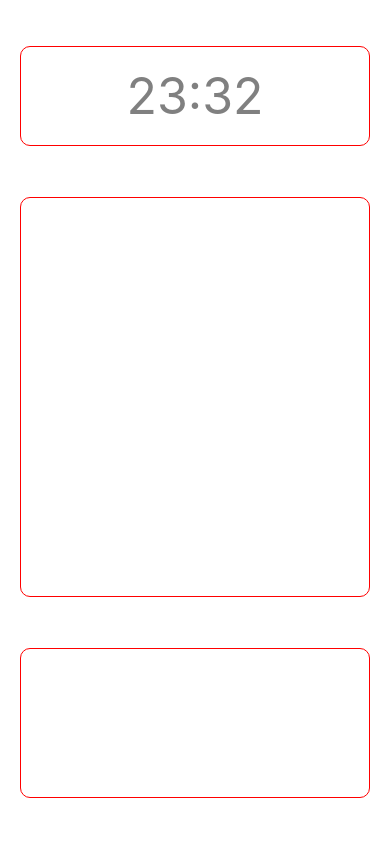
Repository: sonnke/imageResizer
Screen: /
An editor plug-in stored every save of this project. The screen is shown before and after the next save, followed by the edit.
The app was drawn by React Native's web renderer in a window 390 px wide. The project was rebuilt for these pictures with package versions that can differ from the ones it lists, and the page was loaded fresh each time.

Above is the screen before, as saved 2020-02-02 13:17:47.

After the next save:
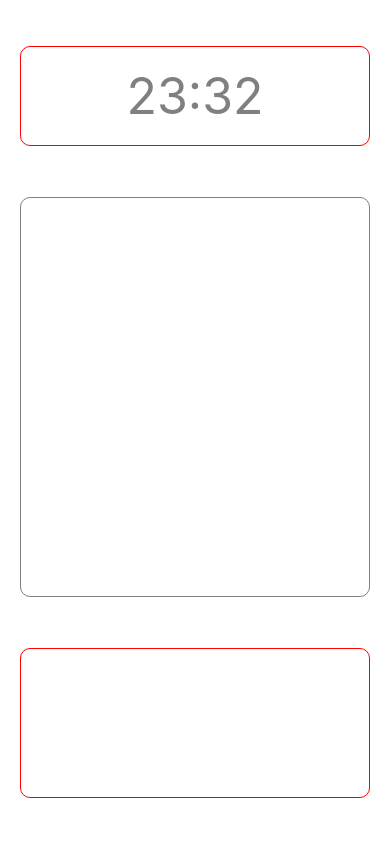
Saved 39 min 4 s later.
--- a/App.tsx
+++ b/App.tsx
@@ -24,7 +24,7 @@ const ImageContainer = styled.View`
   width: 100%;
   height: 400px;
   border-width: 1px;
-  border-color: red;
+  border-color: grey;
   border-radius: 10px;
   justify-content: center;
   align-items: center;
